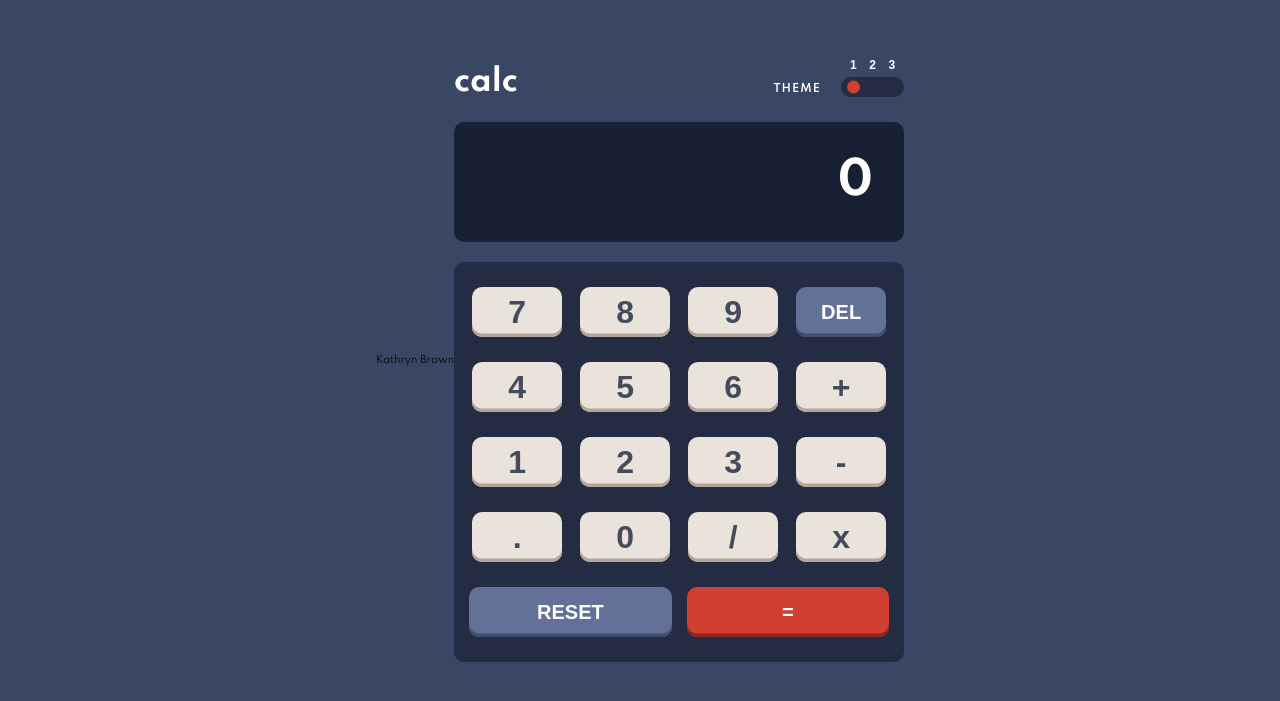
Repository: kurucaner/calculator-app
Page: index.html
The author's editor kept a copy of each file at every save. The page is drawn from the files as they stood at one save, then again after the next save.
The browser window is 1280 px wide. The pictures show the whole page.

Above is the page before, as saved 2022-03-13 18:10:22.

### index.html
<!DOCTYPE html>
<html lang="en">

<head>
  <meta charset="UTF-8">
  <meta name="viewport" content="width=device-width, initial-scale=1.0"> <!-- displays site properly based on user's device -->
  <author>Kathryn Brown</author>
  <link rel="icon" type="image/png" sizes="32x32" href="./images/favicon-32x32.png">

  <!-- font -->
  <link rel="preconnect" href="https://fonts.googleapis.com">
  <link rel="preconnect" href="https://fonts.gstatic.com" crossorigin>
  <link href="https://fonts.googleapis.com/css2?family=Spartan:wght@100;300;400;500;600;700;800;900&display=swap" rel="stylesheet">

  <!-- css -->
  <link rel="stylesheet" href="assets/css/base.css">
  <link rel="stylesheet" href="assets/css/style.css">

  <title>Frontend Mentor | Calculator app</title>
</head>

<body data-theme="theme1">
  <main id="main">
    <article id="calculator">
      <header id="header">
        <h1 data-theme="theme1" class="header__title">calc</h1>
        <div data-theme="theme1" class="header__change-theme">
          <span data-theme="theme1" class="header__change-theme__title">THEME</span>
          <div data-theme="theme1" class="header__change-theme__options">
            <button data-theme="theme1" class="header__change-theme__options__button" onclick="changeTheme('theme1')">1</button>
            <button data-theme="theme1" class="header__change-theme__options__button" onclick="changeTheme('theme2')">2</button>
            <button data-theme="theme1" class="header__change-theme__options__button" onclick="changeTheme('theme3')">3</button>

            <div data-theme="theme1" class="header__change-theme__options__bar"></div>
          </div>
      </header>

      <div id="screen">
        <div data-theme="theme1" class="screen__display">
          <div data-theme="theme1" class="screen__display__value">0</div>
        </div>
      </div>

      <div id="buttons">
        <div data-theme="theme1" class="button__container">
          <div data-theme="theme1" class="buttons__row">
            <button onclick="clicked(this)" data-theme="theme1" class="buttons__row__button" data-value="7">7</button>
            <button onclick="clicked(this)" data-theme="theme1" class="buttons__row__button" data-value="8">8</button>
            <button onclick="clicked(this)" data-theme="theme1" class="buttons__row__button" data-value="9">9</button>
            <button onclick="del()" data-theme="theme1" class="buttons__row__button special-buttons-1" data-value="+">DEL</button>
          </div>

          <div data-theme="theme1" class="buttons__row">
            <button onclick="clicked(this)" data-theme="theme1" class="buttons__row__button" data-value="4">4</button>
            <button onclick="clicked(this)" data-theme="theme1" class="buttons__row__button" data-value="5">5</button>
            <button onclick="clicked(this)" data-theme="theme1" class="buttons__row__button" data-value="6">6</button>
            <button onclick="clicked(this)" data-theme="theme1" class="buttons__row__button" data-value="+">+</button>
          </div>

          <div data-theme="theme1" class="buttons__row">
            <button onclick="clicked(this)" data-theme="theme1" class="buttons__row__button" data-value="1">1</button>
            <button onclick="clicked(this)" data-theme="theme1" class="buttons__row__button" data-value="2">2</button>
            <button onclick="clicked(this)" data-theme="theme1" class="buttons__row__button" data-value="3">3</button>
            <button onclick="clicked(this)" data-theme="theme1" class="buttons__row__button" data-value="-">-</button>
          </div>

          <div data-theme="theme1" class="buttons__row">
            <button onclick="clicked(this)" data-theme="theme1" class="buttons__row__button" data-value=".">.</button>
            <button onclick="clicked(this)" data-theme="theme1" class="buttons__row__button" data-value="0">0</button>
            <button onclick="clicked(this)" data-theme="theme1" class="buttons__row__button" data-value="/">/</button>
            <button onclick="clicked(this)" data-theme="theme1" class="buttons__row__button" data-value="x">x</button>
          </div>

          <div data-theme="theme1" class="buttons__row special-row">
            <button onclick="reset()" data-theme="theme1" class="buttons__row__button special-buttons-1">RESET</button>
            <button onclick="equal()" data-theme="theme1" class="buttons__row__button special-buttons-2">=</button>
          </div>
        </div>
      </div>
    </article>
  </main>

  <script src="assets/js/main.js"></script>
</body>

</html>

### assets/css/base.css
* {
  margin: 0;
  padding: 0;
  border: 0;
  vertical-align: baseline;
  -webkit-box-sizing: border-box;
          box-sizing: border-box;
}

html {
  font-size: 62.5%;
  font-family: "spartan", sans-serif;
}

/* HTML5 display-role reset for older browsers */
article,
aside,
details,
figcaption,
figure,
footer,
header,
hgroup,
menu,
nav,
section {
  display: block;
}

body {
  line-height: 1;
}

ol,
ul {
  list-style: none;
}

blockquote,
q {
  quotes: none;
}

blockquote:before, blockquote:after {
  content: "";
  content: none;
}

q:before, q:after {
  content: "";
  content: none;
}

table {
  border-collapse: collapse;
  border-spacing: 0;
}

a {
  text-decoration: none;
}
/*# sourceMappingURL=base.css.map */

### assets/css/style.css
:root,
body[data-theme="theme1"] {
  --main_bg: hsl(222, 26%, 31%);
  --toggle_bg: hsl(223, 31%, 20%);
  --screen_bg: hsl(224, 36%, 15%);
  --key_bg: hsl(225, 21%, 49%);
  --key_shadow: hsl(224, 28%, 35%);
  --key_bg_1: hsl(6, 63%, 50%);
  --key_shadow_1: hsl(6, 70%, 34%);
  --key_bg_2: hsl(30, 25%, 89%);
  --key_shadow_2: hsl(28, 16%, 65%);
  --text_color: hsl(221, 14%, 31%);
  --text_color_white: #fff;
}

body[data-theme="theme2"] {
  --main_bg: hsl(0, 0%, 90%);
  --toggle_bg: hsl(0, 5%, 81%);
  --screen_bg: hsl(0, 0%, 93%);
  --key_bg: hsl(185, 42%, 37%);
  --key_shadow: hsl(185, 58%, 25%);
  --key_bg_1: hsl(25, 98%, 40%);
  --key_shadow_1: hsl(25, 99%, 27%);
  --key_bg_2: hsl(45, 7%, 89%);
  --key_shadow_2: hsl(35, 11%, 61%);
  --text_color: hsl(60, 10%, 19%);
  --text_color_white: #fff;
}

body[data-theme="theme3"] {
  --main_bg: hsl(268, 75%, 9%);
  --toggle_bg: hsl(268, 71%, 12%);
  --key_bg: hsl(281, 89%, 26%);
  --key_shadow: hsl(285, 91%, 52%);
  --key_bg_1: hsl(176, 100%, 44%);
  --key_shadow_1: hsl(177, 92%, 70%);
  --key_bg_2: hsl(268, 47%, 21%);
  --key_shadow_2: hsl(290, 70%, 36%);
  --text_color: hsl(52, 100%, 62%);
  --text-color-blue: hsl(198, 20%, 13%);
  --text_color_white: #fff;
}

html {
  width: 100%;
  height: 100%;
}

body {
  height: 100%;
  display: -webkit-box;
  display: -ms-flexbox;
  display: flex;
  -webkit-box-align: center;
      -ms-flex-align: center;
          align-items: center;
  -webkit-box-pack: center;
      -ms-flex-pack: center;
          justify-content: center;
  background-color: var(--main_bg);
  -webkit-transition: background-color 0.5s ease-out;
  transition: background-color 0.5s ease-out;
  will-change: background-color;
}

main {
  width: 450px;
}

#calculator {
  height: 100%;
  display: -webkit-box;
  display: -ms-flexbox;
  display: flex;
  -webkit-box-orient: vertical;
  -webkit-box-direction: normal;
      -ms-flex-direction: column;
          flex-direction: column;
}

header#header {
  display: -webkit-box;
  display: -ms-flexbox;
  display: flex;
  -webkit-box-pack: justify;
      -ms-flex-pack: justify;
          justify-content: space-between;
  -webkit-box-align: end;
      -ms-flex-align: end;
          align-items: flex-end;
}

header#header * {
  will-change: color;
}

header#header .header__title {
  color: var(--text_color_white);
  font-size: 3rem;
  font-weight: 700;
}

header#header .header__title[data-theme="theme2"],
header#header .header__title[data-theme="theme3"] {
  color: var(--text_color);
}

header#header .header__change-theme {
  display: -webkit-box;
  display: -ms-flexbox;
  display: flex;
  -webkit-box-pack: justify;
      -ms-flex-pack: justify;
          justify-content: space-between;
  -webkit-box-align: end;
      -ms-flex-align: end;
          align-items: flex-end;
  color: var(--text_color_white);
  will-change: color;
}

header#header .header__change-theme span {
  font-size: 1.1rem;
  font-weight: 600;
  letter-spacing: 0.1rem;
  margin-bottom: 2.5px;
}

header#header .header__change-theme .header__change-theme__options {
  margin-left: 2rem;
}

header#header .header__change-theme .header__change-theme__options button {
  background-color: transparent;
  color: inherit;
  padding: 0 5px;
  border: none;
  font-size: 1.2rem;
  font-weight: 600;
  cursor: pointer;
  -webkit-transition: all 0.2s ease-in-out;
  transition: all 0.2s ease-in-out;
}

header#header .header__change-theme .header__change-theme__options button:first-child {
  margin-left: 4px;
}

header#header .header__change-theme .header__change-theme__options button:nth-child(3) {
  margin-right: 4px;
}

header#header .header__change-theme .header__change-theme__options div {
  position: relative;
  width: 100%;
  height: 20px;
  border-radius: 40px;
  margin-top: 5px;
  background-color: var(--toggle_bg);
  -webkit-transition: background-color 0.5s ease-out;
  transition: background-color 0.5s ease-out;
  will-change: background-color;
  --posBar: 0%;
}

header#header .header__change-theme .header__change-theme__options div::before {
  content: "";
  position: absolute;
  top: 50%;
  left: calc(10% + var(--posBar));
  width: 13px;
  height: 13px;
  border-radius: 50%;
  background-color: var(--key_bg_1);
  -webkit-transform: translate(0, -50%);
          transform: translate(0, -50%);
  -webkit-transition: left 0.5s;
  transition: left 0.5s;
  will-change: left;
}

header#header .header__change-theme .header__change-theme__options div[data-theme="theme2"] {
  --posBar: 30%;
}

header#header .header__change-theme .header__change-theme__options div[data-theme="theme3"] {
  --posBar: 60%;
}

header#header .header__change-theme[data-theme="theme2"],
header#header .header__change-theme[data-theme="theme3"] {
  color: var(--text_color);
}

#screen {
  background-color: var(--screen_bg);
  height: 12rem;
  border-radius: 10px;
  -webkit-transition: background-color 0.5s ease-out;
  transition: background-color 0.5s ease-out;
  margin-top: 25px;
  will-change: background-color;
}

#screen .screen__display::-webkit-scrollbar {
  display: none;
}

#screen .screen__display {
  position: relative;
  display: -webkit-box;
  display: -ms-flexbox;
  display: flex;
  -webkit-box-pack: end;
      -ms-flex-pack: end;
          justify-content: flex-end;
  -webkit-box-align: center;
      -ms-flex-align: center;
          align-items: center;
  height: 100%;
  border-radius: 10px;
  padding: 0 3rem;
  overflow-x: scroll;
  overflow-y: hidden;
  will-change: border;
  will-change: transition;
}

#screen .screen__display .screen__display__value {
  position: absolute;
  color: var(--text_color_white);
  max-width: 100%;
  text-align: right;
  white-space: nowrap;
  font-size: 4.5em;
  font-weight: 700;
  letter-spacing: 0.1rem;
  line-height: 5rem;
  padding-left: 3rem;
}

#screen .screen__display .screen__display__value[data-theme="theme2"],
#screen .screen__display .screen__display__value[data-theme="theme3"] {
  color: var(--text_color);
}

div#buttons {
  height: 40rem;
  background-color: var(--toggle_bg);
  border-radius: 10px;
  margin-top: 20px;
  -webkit-transition: background-color 0.5s ease-out;
  transition: background-color 0.5s ease-out;
  will-change: background-color;
  -webkit-user-select: none;
     -moz-user-select: none;
      -ms-user-select: none;
          user-select: none;
}

div#buttons * {
  will-change: background-color, color, box-shadow;
}

div#buttons .button__container {
  height: 100%;
  display: -webkit-box;
  display: -ms-flexbox;
  display: flex;
  -webkit-box-orient: vertical;
  -webkit-box-direction: normal;
      -ms-flex-direction: column;
          flex-direction: column;
  -webkit-box-pack: space-evenly;
      -ms-flex-pack: space-evenly;
          justify-content: space-evenly;
}

div#buttons .button__container .buttons__row {
  display: -webkit-box;
  display: -ms-flexbox;
  display: flex;
  -webkit-box-pack: space-evenly;
      -ms-flex-pack: space-evenly;
          justify-content: space-evenly;
}

div#buttons .button__container .buttons__row .buttons__row__button {
  width: 20%;
  height: 50px;
  border-radius: 10px;
  font-size: 3.2rem;
  font-weight: 700;
  color: var(--text_color);
  background-color: var(--key_bg_2);
  -webkit-box-shadow: inset 0 -3.5px 0px var(--key_shadow_2);
          box-shadow: inset 0 -3.5px 0px var(--key_shadow_2);
  -webkit-transition: all 0.1s ease-in-out;
  transition: all 0.1s ease-in-out;
  cursor: pointer;
  -webkit-tap-highlight-color: transparent;
}

div#buttons .button__container .buttons__row .special-buttons-1 {
  font-size: 2rem;
  color: var(--text_color_white);
  background-color: var(--key_bg);
  -webkit-box-shadow: inset 0 -3.5px 0px var(--key_shadow);
          box-shadow: inset 0 -3.5px 0px var(--key_shadow);
}

div#buttons .button__container .buttons__row .special-buttons-2 {
  font-size: 2rem;
  color: var(--text_color_white);
  background-color: var(--key_bg_1);
  -webkit-box-shadow: inset 0 -3.5px 0px var(--key_shadow_1);
          box-shadow: inset 0 -3.5px 0px var(--key_shadow_1);
}

div#buttons .button__container .buttons__row .special-buttons-2[data-theme="theme3"] {
  color: var(--text_color_blue);
}

div#buttons .button__container .special-row .buttons__row__button {
  width: 45%;
}

@media all and (max-width: 800px) {
  main {
    height: 100%;
    padding: 20px 20px;
  }
  div#buttons {
    height: 100%;
  }
  div#buttons .button__container {
    padding: 10px;
  }
  div#buttons .button__container .buttons__row .buttons__row__button {
    height: 70px;
  }
}
/*# sourceMappingURL=style.css.map */

### assets/js/main.js
let display = document.querySelector(".screen__display");
let displayValue = display.querySelector(".screen__display__value");
const elms = document.querySelectorAll("*");
const themeBar = document
    .querySelector(".header__change-theme__options")
    .getElementsByClassName("div");

changeTheme = (theme) => {
    display.style.transition = "border-color 0.5s ease-out";
    for (let i = 0; i < elms.length; ++i) {
        elms[i].setAttribute("data-theme", theme);
    }
};

setInterval(() => {
    if (displayValue.clientWidth >= display.clientWidth - 30) {
        display.style.borderLeft = "3rem solid var(--screen_bg)";
        display.style.borderRight = "3rem solid var(--screen_bg)";
    } else if (displayValue.clientWidth < display.clientWidth + 20) {
        display.style.transition = "none";
        display.style.borderLeft = "none";
        display.style.borderRight = "none";
    }
}, 0);

var res = document.querySelector(".screen__display__value").innerHTML;
const btns = document.getElementById("buttons").getElementsByTagName("button");

function scrollToEnd() {
    document.querySelector(".screen__display").scrollRight = 1000;
}

let boxShadowCSS = [];

function addComma(str) {
    return Number(str).toLocaleString();
}
function fix(str) {
    str = str.replaceAll(",", "");
    str = str.replaceAll("x", "*");
    return str;
}

for (let i = 0; i < btns.length; ++i) {
    boxShadowCSS.push(btns[i].style.boxShadow);
}
for (let i = 0; i < btns.length; ++i) {
    btns[i].addEventListener("mousedown", () => {
        btns[i].style.boxShadow = "none";
    });
    btns[i].addEventListener("touchstart", () => {
        btns[i].style.boxShadow = "none";
    });
    btns[i].addEventListener("mouseup", () => {
        btns[i].style.boxShadow = boxShadowCSS[i];
    });
    btns[i].addEventListener("touchend", () => {
        btns[i].style.boxShadow = boxShadowCSS[i];
    });
}

function print() {
    scrollToEnd();
    document.querySelector(".screen__display__value").innerHTML = res;
}
function isFull() {
    return res.length > 50;
}

function checkFalse() {
    return (
        document.querySelector(".screen__display__value").innerHTML ==
            "SyntaxError" ||
        document.querySelector(".screen__display__value").innerHTML ==
            "MathError"
    );
}

function clicked(e) {
    res = res.replaceAll(",", "");
    if (isFull()) return;
    if (checkFalse()) {
        res = "0";
        print();
    }
    let x = e.getAttribute("data-value");

    if (res == "0" && x >= "0" && x <= "9") {
        res = x;
        print();
    } else {
        res += x;
        print();
    }
}

function del() {
    res = fix(res);
    if (checkFalse()) {
        res = "0";
        print();
    }
    if (res.length > 1) {
        res = res.substring(0, res.length - 1);
        print();
    } else {
        res = "0";
        print();
    }
}

function reset() {
    res = "0";
    print();
}

function equal() {
    try {
        eval(fix(res));
    } catch (e) {
        if (e instanceof SyntaxError) res = "SyntaxError";
        print();
        return;
    }
    res = addComma(eval(fix(res)));
    if (
        res == "Infinity" ||
        res == "NaN" ||
        res == "undefined" ||
        res == "null" ||
        res == "∞"
    )
        res = "MathError";
    print();
}

After the next save:
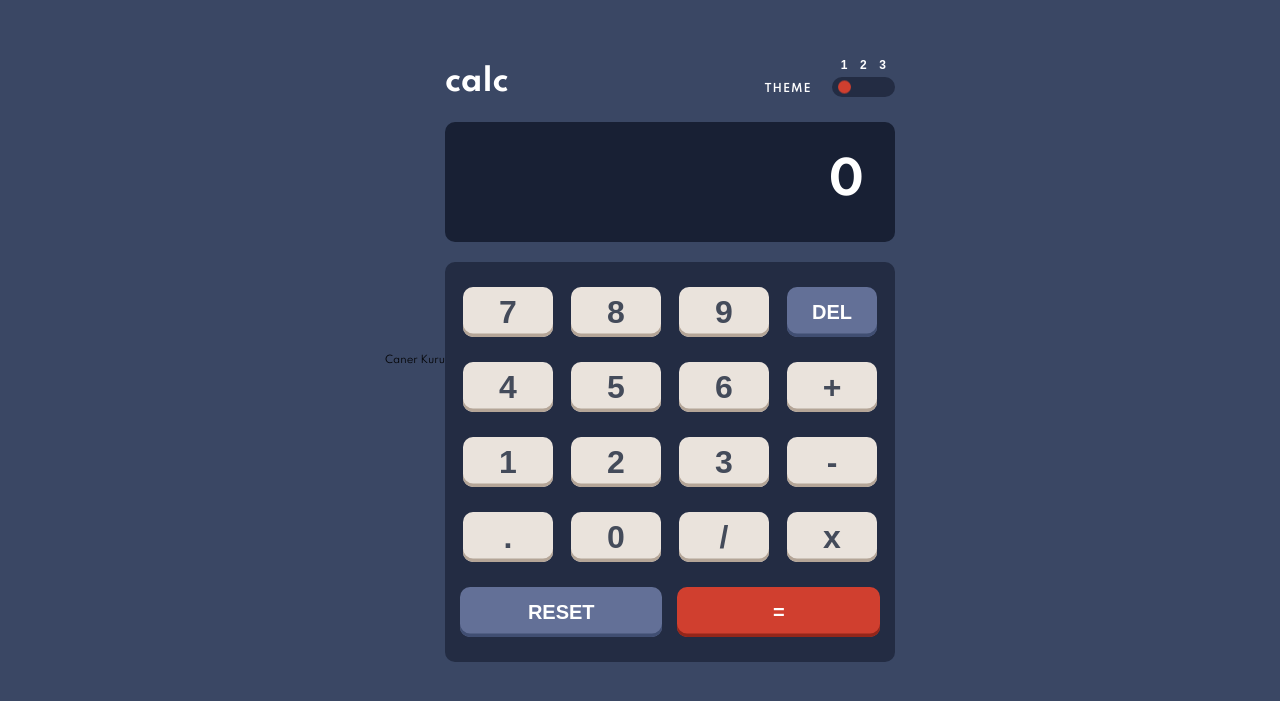
Saved 10 s later.
--- a/index.html
+++ b/index.html
@@ -4,7 +4,7 @@
 <head>
   <meta charset="UTF-8">
   <meta name="viewport" content="width=device-width, initial-scale=1.0"> <!-- displays site properly based on user's device -->
-  <author>Kathryn Brown</author>
+  <author>Caner Kuru</author>
   <link rel="icon" type="image/png" sizes="32x32" href="./images/favicon-32x32.png">
 
   <!-- font -->
